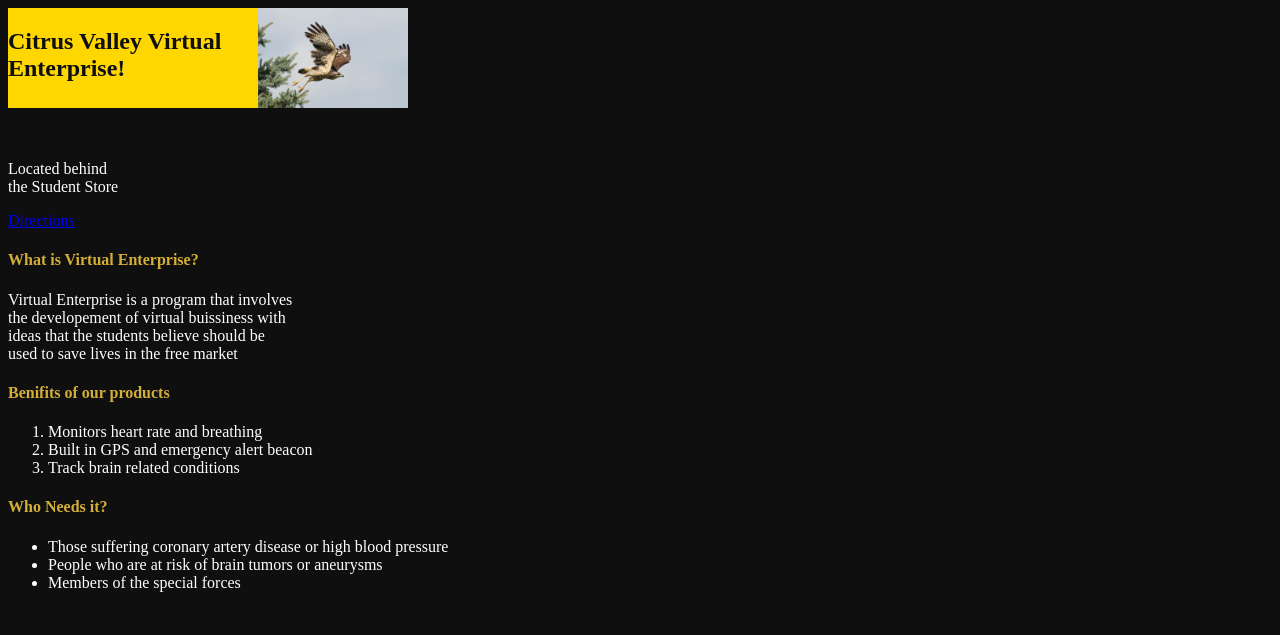
Repository: VirtualEnterpriseCali/VitrualEnterpriseCali.github.io
Page: index.html
The author's editor kept a record of every edit. The page is drawn from the files as they stood at one moment, then again after the next edit.
The browser window is 1280 px wide. The pictures show the whole page.

Above is the page before.

After the next edit:
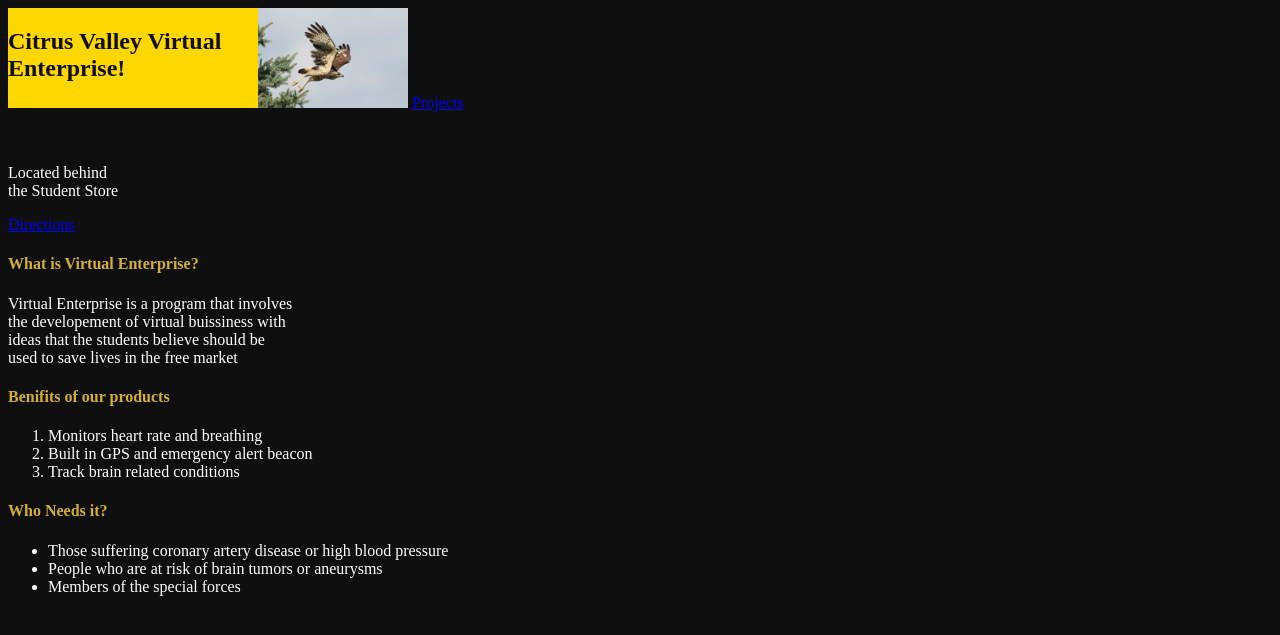
The edit:
--- a/index.html
+++ b/index.html
@@ -10,6 +10,7 @@
         </style>
         <body>
             <img src="hawk.jpg" alt="hawk" width="150">
+            <a href="virtualenterprisecali.github.io/VitrualEnterpriseCali.github.io/porfolio">Projects</a>
         <br>
         <br>
         <br><p>Located behind <br>

After the 2 edits that followed:
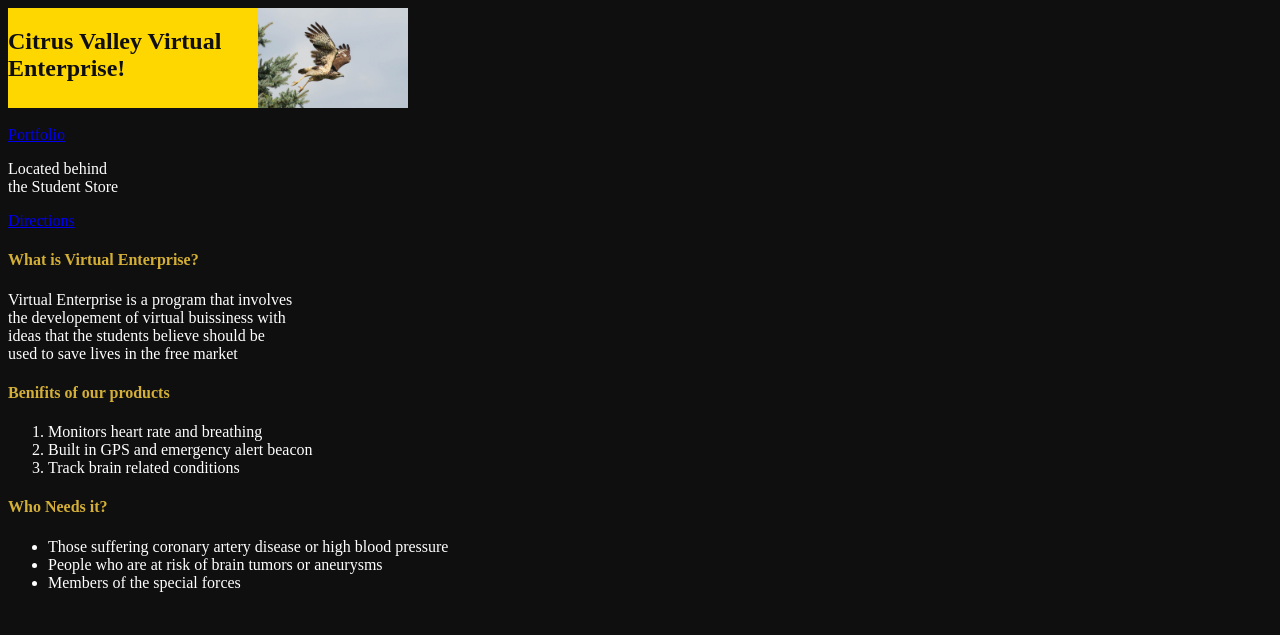
The 2 edits are shown as one change because 1 left the picture as it was.
The edit:
--- a/index.html
+++ b/index.html
@@ -3,16 +3,11 @@
         <link rel="Stylesheet" href="./Styles/style.css">
     </head>
     <header><h2>Citrus Valley Virtual Enterprise!</h2></header>
-      <style>
-              h4 {
-            color: rgb(212,175,55);
-        }
-        </style>
         <body>
-            <img src="hawk.jpg" alt="hawk" width="150">
-            <a href="virtualenterprisecali.github.io/VitrualEnterpriseCali.github.io/porfolio">Projects</a>
+        <img src="hawk.jpg" alt="hawk" width="150">
         <br>
         <br>
+        <a href="portfolio.html">Portfolio</a>
         <br><p>Located behind <br>
         the Student Store</p>
         <a href="https://www.google.com/maps/place/Citrus+Valley+High+School/@34.0826291,-117.1945789,17z/data=!3m1!4b1!4m5!3m4!1s0x80dcaa8bd624c84d:0xccdb29fdec7379ce!8m2!3d34.0826291!4d-117.1923902">Directions</a>
